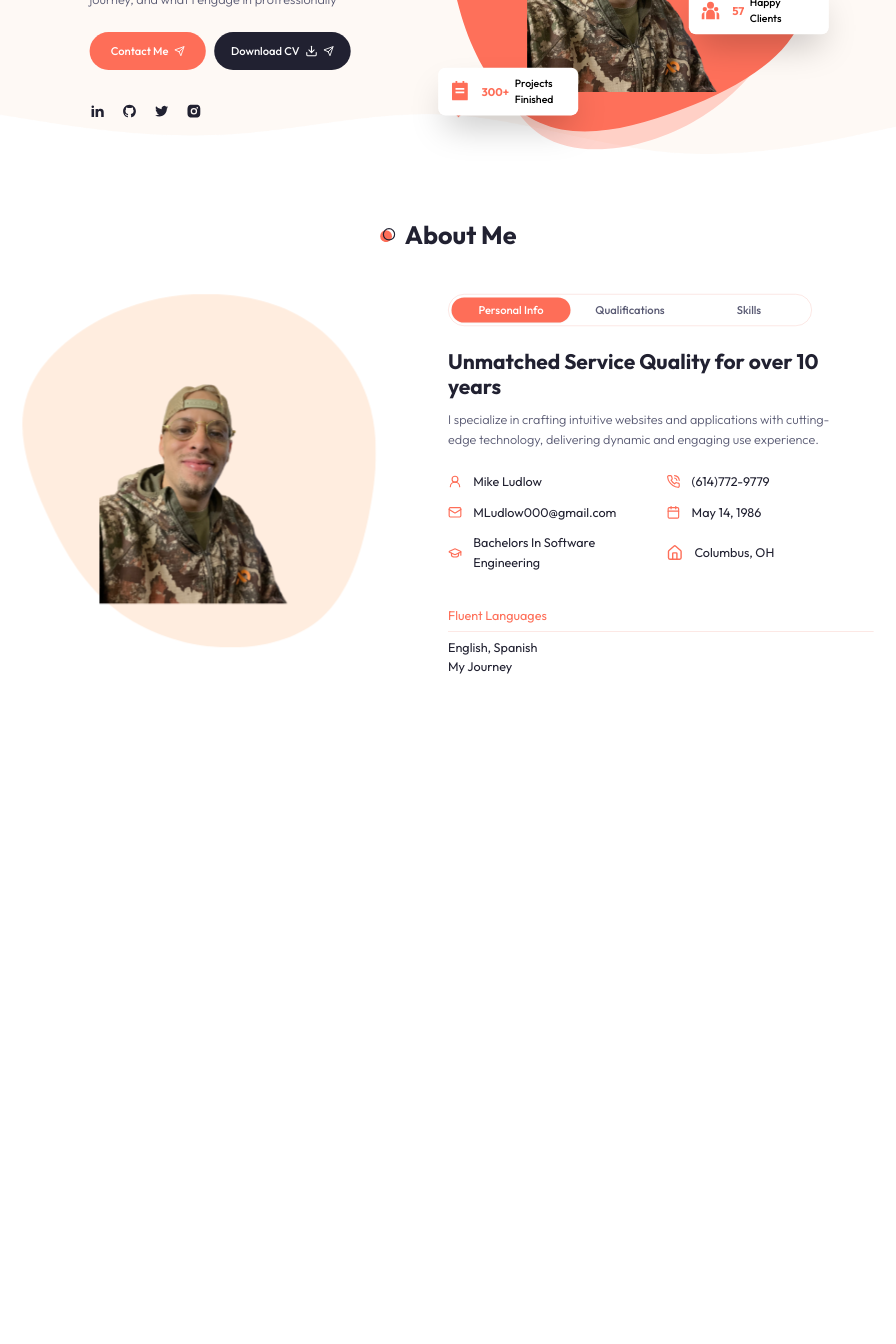
Repository: MikeeBuilds/mike-port
Page: /
An editor plug-in stored every save of this project. The page is shown before and after a run of saves, followed by the edit.
The browser window is 1280 px wide. The pictures show the part of the page from y = 487 to 2407 px (the page is 5591 px tall), at 70% of full size.
The project was rebuilt for these pictures with package versions that can differ from the ones it lists, and the page was loaded fresh each time. The framework's server and built-in components were replaced by stand-ins that run in the browser. Also part of the build but not shown: next.config.js.

Above is the page before, as saved 2023-11-30 22:06:33.

After the next 2 saves:
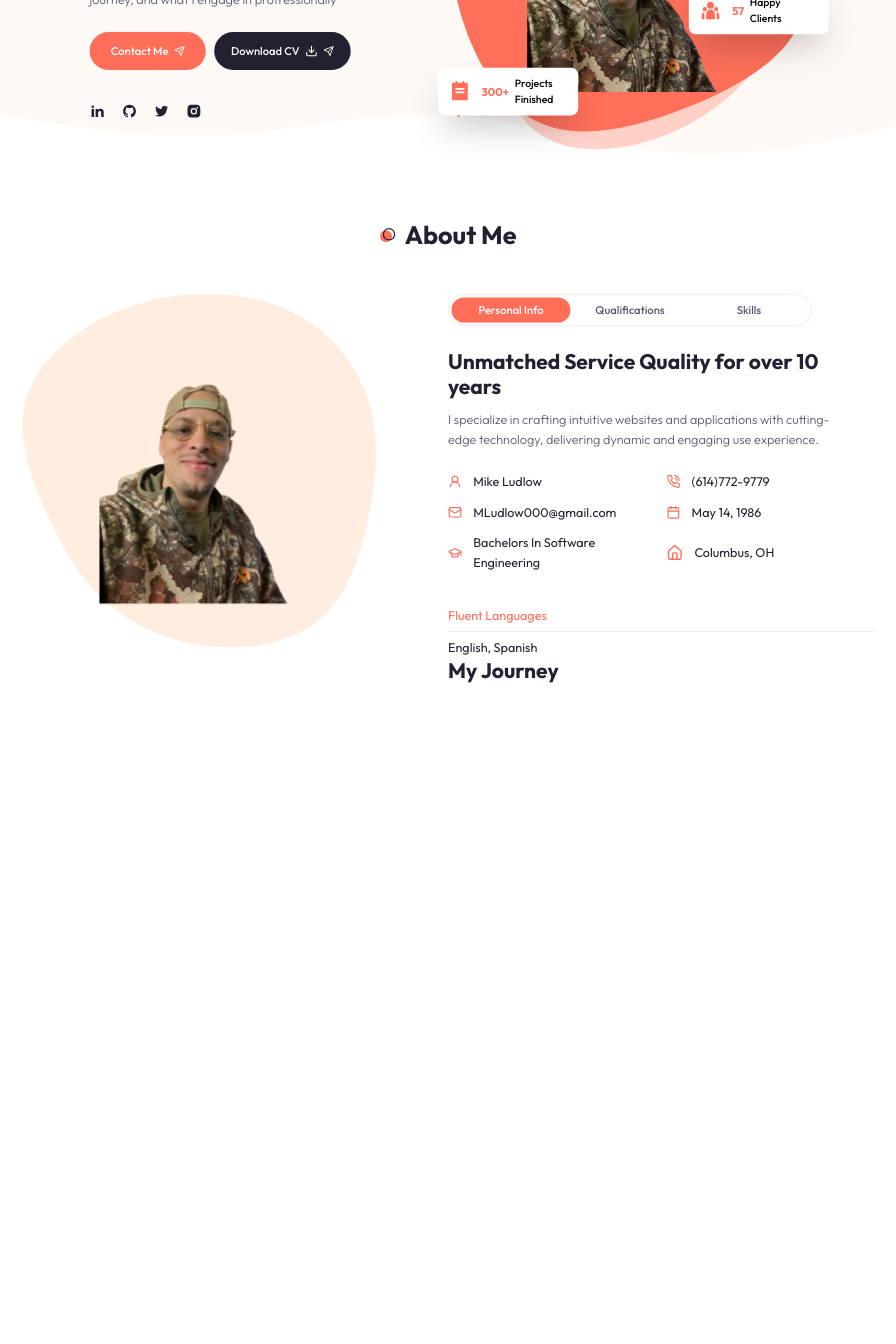
The 2 saves are shown as one change because they came seconds apart.
The last was saved 13 s later.
--- a/components/About.jsx
+++ b/components/About.jsx
@@ -194,7 +194,7 @@ const About = () => {
                 </TabsContent>
                 {/* qualifications */}
                 <div className="">
-                  <h3>My Journey</h3>
+                  <h3 className="h3">My Journey</h3>
                 </div>
                 <TabsContent value="qualifications">
                   qualifications info
